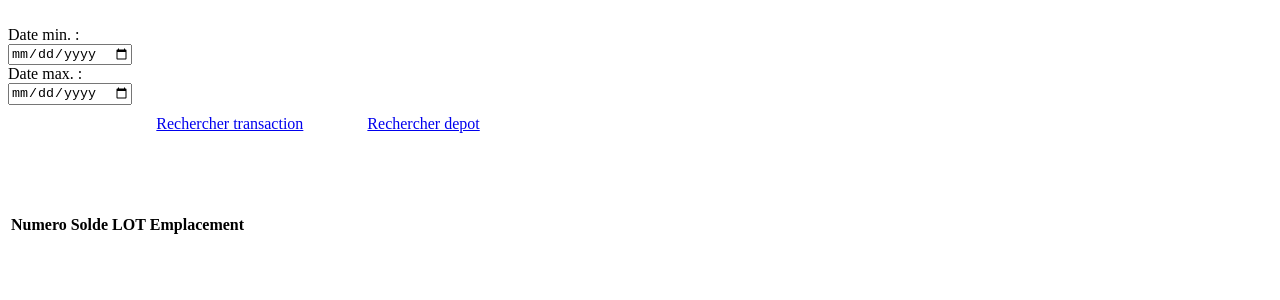
Repository: mitantsoa1/cash
Page: http://localhost/Views/Back/etat.php
These files come from the project's save history. The page is drawn as it stood at one moment and after the next save; the edit follows.
The browser window is 1280 px wide. The pictures show the whole page.
The page is run by PHP 8.4 with error messages shown; the project is at /var/www/html/. Queries for data that is not in the repository find no rows.

Above is the page before, as saved 2021-01-25 12:01:12.
Console error: SyntaxError: Unexpected token '<'

After the next save:
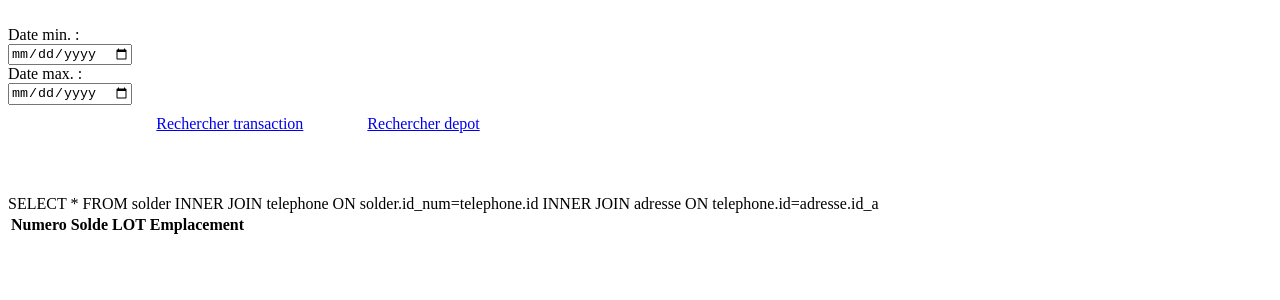
Saved 3 min 15 s later.
--- a/Models/Database.class.php
+++ b/Models/Database.class.php
@@ -222,9 +222,20 @@
 		// }
 
     }
-
+    $db = new Database();
+    Database::init('localhost','cash','root','');
+        $table = $db->selectSP()
+                        ->from('solder')
+                        ->innerJoin("solder","telephone","id_num","id")
+                        ->innerJoin("telephone","adresse","id","id_a")
+                        ->getQuery();
     //  Database::init("localhost","cash","root","");
     //  $db = new Database();
+    //  $t_lieu = $db ->selectSP()
+    //  ->from("telephone")
+    //  ->innerJoin("telephone","adresse","id_adresse","id")
+    //  ->et(["telephone.numero"],["="])
+    //  ->getQuery();
     //  $texte = "Voici une phrase ";
     //  $texte = trim($texte);
     //  $tab = explode(" ",$texte);
